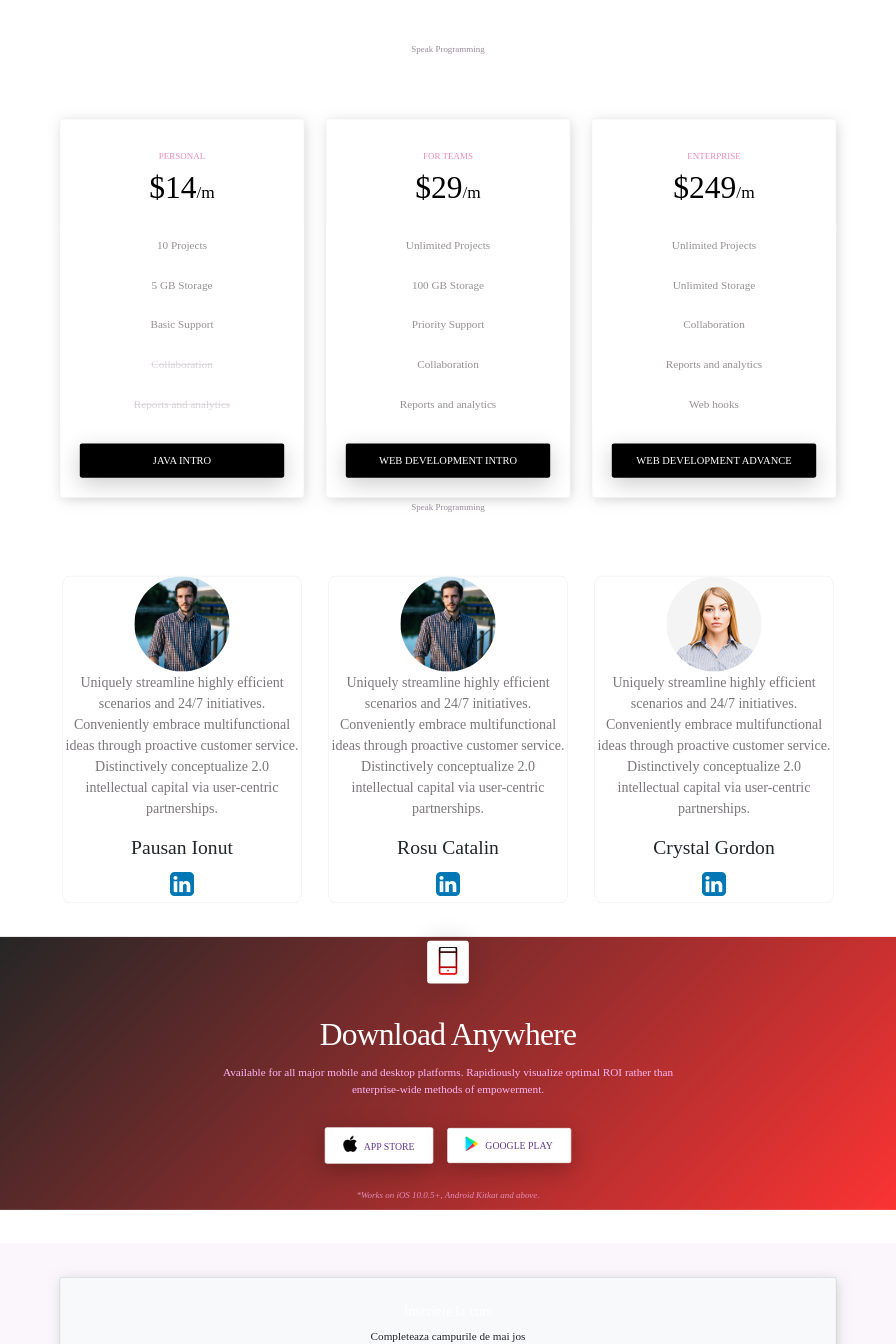
Repository: RosuCatalinDorin/ITSchool
Page: home-page/index.html
These files come from the project's save history. The page is drawn as it stood at one moment and after the next save; the edit follows.
The browser window is 1280 px wide. The pictures show the part of the page from y = 608 to 2528 px (the page is 3488 px tall before and 3556 px after), at 70% of full size.
Some web libraries are served in a nearby version.

Above is the page before, as saved 2019-03-13 17:30:23.

### home-page/index.html
<!doctype html>
<html lang="en">


<head>
    <title>Speak Programming</title>
    <!-- Required meta tags -->
    <meta charset="utf-8">
    <meta name="viewport" content="width=device-width, initial-scale=1, shrink-to-fit=no">
    <meta name="description" content="Mobland - Mobile App Landing Page Template">
    <meta name="keywords" content="HTML5, bootstrap, mobile, app, landing, ios, android, responsive">
    <!-- Font -->

    <link rel="dns-prefetch" href="//fonts.googleapis.com">
     <!-- Bootstrap CSS -->
    <link rel="stylesheet" href="../css/bootstrap.min.css">
    <!-- Themify Icons -->
    <link rel="stylesheet" href="../css/themify-icons.css">
    <!-- Owl carousel -->
    <link rel="stylesheet" href="../css/owl.carousel.min.css">
    <link rel="stylesheet" href="../css/teamStyle.css">
    <link rel="stylesheet" href="../detaliiCurs/css/detalii-curs.css">
    <link rel="stylesheet" href="./home.css">



    <link rel="stylesheet" href="https://maxcdn.bootstrapcdn.com/font-awesome/4.5.0/css/font-awesome.min.css">

    <!-- Main css -->
    <link href="../css/style.css" rel="stylesheet">
    <link rel="shortcut icon" href="../images/partea_de_susLogo.png"/>
    <!-- jQuery and Bootstrap -->
    <script src="../js/jquery-3.2.1.min.js"></script>
    <script src="../js/bootstrap.bundle.min.js"></script>
    <!-- Plugins JS -->
    <script src="../js/owl.carousel.min.js"></script>
    <!-- Custom JS -->
    <script src="../js/script.js"></script>
    <script src="../js/fbLogin.js"></script>

</head>

<body data-spy="scroll" data-target="#navbar" data-offset="30">

    <!-- NAV BAR START-->
    <div class="nav-menu fixed-top">
        <div class="container">
            <div class="row">
                <div class="col-md-12">
                    <nav class="navbar navbar-dark navbar-expand-lg">
                        <a class="navbar-brand" href="index.html"><img src="../images/partea_de_susLogo.png" height="43" width="43" class="img-fluid" alt="logo"></a> <button class="navbar-toggler" type="button" data-toggle="collapse" data-target="#navbar" aria-controls="navbar" aria-expanded="false" aria-label="Toggle navigation"> <span class="navbar-toggler-icon"></span> </button>
                        <div class="collapse navbar-collapse" id="navbar">
                            <ul class="navbar-nav ml-auto">
                                <li class="nav-item"> <a class="nav-link active" href="#home">HOME <span class="sr-only">(current)</span></a> </li>
                                <li class="nav-item"> <a class="nav-link" href="#cursuri">CURSURI</a> </li>
                                <li class="nav-item"> <a class="nav-link" href="#aboutUS">DESPRE NOI</a> </li>
                                <li class="nav-item"> <a class="nav-link" href="#contact">CONTACT</a> </li>
                            </ul>
                        </div>
                    </nav>
                </div>
              </div>
         </div>
    </div>
<!-- NAV BAR END -->
    <!-- START HEADER -->
    <header  id="home">
        <div class="container mt-5">
            <h1 class="textClass"> Mesaj 1 (eu zic moto)</h1>
        </div>
        <div class="img-holder mt-3"><img src="../images/logo_partea_deJos.png" alt="phone" class="img-fluid">
            <p class="textClass">Mesaj 2 De ce am creat asta? O intrebare de genu</p>
        </div>
    </header>

    <!-- END HEADER -->

    <div class="section" id="cursuri">
        <div class="container">
            <div class="section-title">
                <small>Speak Programming</small>
                <h3>Cursuri</h3>
            </div>

            <div class="card-deck">
                <div class="card pricing">
                    <div class="card-head">
                        <small class="text-primary">PERSONAL</small>
                        <span class="price">$14<sub>/m</sub></span>
                    </div>
                    <ul class="list-group list-group-flush">
                        <div class="list-group-item">10 Projects</div>
                        <div class="list-group-item">5 GB Storage</div>
                        <div class="list-group-item">Basic Support</div>
                        <div class="list-group-item"><del>Collaboration</del></div>
                        <div class="list-group-item"><del>Reports and analytics</del></div>
                    </ul>
                    <div class="card-body">
                        <a href="screens/curs.html" class="btn btn-primary btn-lg btn-block">Java intro</a>
                    </div>
                </div>
                <div class="card pricing">
                    <div class="card-head">
                        <small class="text-primary">FOR TEAMS</small>
                        <span class="price">$29<sub>/m</sub></span>
                    </div>
                    <ul class="list-group list-group-flush">
                        <div class="list-group-item">Unlimited Projects</div>
                        <div class="list-group-item">100 GB Storage</div>
                        <div class="list-group-item">Priority Support</div>
                        <div class="list-group-item">Collaboration</div>
                        <div class="list-group-item">Reports and analytics</div>
                    </ul>
                    <div class="card-body">
                        <a href="screens/curs.html" class="btn btn-primary btn-lg btn-block">Web development intro</a>
                    </div>
                </div>
                <div class="card pricing">
                    <div class="card-head">
                        <small class="text-primary">ENTERPRISE</small>
                        <span class="price">$249<sub>/m</sub></span>
                    </div>
                    <ul class="list-group list-group-flush">
                        <div class="list-group-item">Unlimited Projects</div>
                        <div class="list-group-item">Unlimited Storage</div>
                        <div class="list-group-item">Collaboration</div>
                        <div class="list-group-item">Reports and analytics</div>
                        <div class="list-group-item">Web hooks</div>
                    </ul>
                    <div class="card-body">
                        <a href="screens/curs.html" class="btn btn-primary btn-lg btn-block">Web development advance</a>
                    </div>
                </div>
            </div>
            <!-- // end .pricing -->
        </div>

    </div>


        <div class="container   embed-responsive">
            <div class="section-title">
                <small>Speak Programming</small>
                <h3>Trainers</h3>
            </div>
            <div class="contentTem">
                <div class="divNewTeam testimonials-single">
                    <img src="../images/pozaIonutPausan.jpg" class="rounded-circle" alt="Cinque Terre" width="136" height="136">
                    <blockquote class="blockquote">Uniquely streamline highly efficient scenarios and 24/7 initiatives. Conveniently embrace multifunctional ideas through proactive customer service. Distinctively conceptualize 2.0 intellectual capital via user-centric partnerships.</blockquote>
                    <h5 class="mt-4 mb-2">Pausan Ionut</h5>
                    <a href="#" class="btn"> <i class="fa fa-linkedin-square" style="font-size:40px; color:#0077B5"></i>  </a>
                </div>
                <div class="divNewTeam testimonials-single">
                    <img src="../images/pozaIonutPausan.jpg" class="rounded-circle" alt="Cinque Terre" width="136" height="136">
                    <blockquote class="blockquote">Uniquely streamline highly efficient scenarios and 24/7 initiatives. Conveniently embrace multifunctional ideas through proactive customer service. Distinctively conceptualize 2.0 intellectual capital via user-centric partnerships.</blockquote>
                    <h5 class="mt-4 mb-2">Rosu Catalin</h5>
                    <a href="#" class="btn"><i class="fa fa-linkedin-square" style="font-size:40px; color:#0077B5"></i>  </a>
                </div>
                <div class="divNewTeam testimonials-single">
                    <img src="../images/client.png" class="rounded-circle" alt="Cinque Terre" width="136" height="136">
                    <blockquote class="blockquote">Uniquely streamline highly efficient scenarios and 24/7 initiatives. Conveniently embrace multifunctional ideas through proactive customer service. Distinctively conceptualize 2.0 intellectual capital via user-centric partnerships.</blockquote>
                    <h5 class="mt-4 mb-2">Crystal Gordon</h5>
                    <a href="#" class="btn"> <i class="fa fa-linkedin-square" style="font-size:40px; color:#0077B5"></i>  </a>
                </div>
            </div>
        </div>

    <div class="section bg-gradient" id ="aboutUS">
        <div class="container">
            <div class="call-to-action">

                <div class="box-icon"><span class="ti-mobile gradient-fill ti-3x"></span></div>
                <h2>Download Anywhere</h2>
                <p class="tagline">Available for all major mobile and desktop platforms. Rapidiously visualize optimal ROI rather than enterprise-wide methods of empowerment. </p>
                <div class="my-4">
                    <a href="#" class="btn btn-light"><img src="../images/appleicon.png" alt="icon"> App Store</a>
                    <a href="#" class="btn btn-light"><img src="../images/playicon.png" alt="icon"> Google play</a>
                </div>
                <p class="text-primary"><small><i>*Works on iOS 10.0.5+, Android Kitkat and above. </i></small></p>
            </div>
        </div>

    </div>
    <!-- // end .section -->

    <div class="light-bg py-5" id="contact">
        <div class="container">
            <div class="card bg-light">
                <article class="card-body mx-auto" style="max-width: 400px;">
                    <h4 class="card-title mt-3 text-center">Inscriete la curs </h4>
                    <p class="text-center">Completeaza campurile de mai jos </p>
                    <p class="divider-text">
                        <span class="bg-light">OR</span>
                    </p>
                    <form>
                        <div class="form-group input-group">
                            <div class="input-group-prepend">
                                <span class="input-group-text"> </span>
                            </div>
                            <input name="" class="form-control" placeholder="Nume complet" type="text">
                        </div> <!-- form-group// -->
                        <div class="form-group input-group">
                            <div class="input-group-prepend">
                                <span class="input-group-text"></span>
                            </div>
                            <input name="" class="form-control" placeholder="Adresa de e-mail" type="email">
                        </div> <!-- form-group// -->
                        <div class="form-group input-group">
                            <div class="input-group-prepend">
                                <span class="input-group-text">  </span>
                            </div>
                            <select class="custom-select" style="max-width: 120px;">
                                <option selected="">+40</option>
                                <option value="1">+972</option>
                                <option value="2">+198</option>
                                <option value="3">+701</option>
                            </select>
                            <input name="" class="form-control" placeholder="Numar de telefon" type="text">
                        </div> <!-- form-group// -->
                        <div class="form-group input-group">
                            <div class="input-group-prepend">
                                <span class="input-group-text"></span>
                            </div>
                            <select class="form-control">
                                <option selected=""> Selecteaza cursul</option>
                                <option>HTML5, CSS, JAVA-SCRIPT</option>
                                <option>MySQL,PHP</option>
                            </select>

                        </div> <!-- form-group end.// -->
                        <div class="form-group input-group">
                            <div class="input-group-prepend">
                                <span class="input-group-text">  </span>
                            </div>
                            <textarea  class="form-control"  rows="4" cols="50"></textarea>
                        </div> <!-- form-group// -->
                        <div class="form-group">
                            <button type="submit" class="btn btn-primary btn-block"> TestFAcebook  </button>
                        </div> <!-- form-group// -->
                    </form>
                </article>
            </div> <!-- card.// -->

        </div>

    </div>
    <!-- // end .section -->

    <!-- START FOOTER -->
    <footer class="footer">
            <div class="footer-container">
                <div class="footer-row">
                    <div class="social-media">
                        <h1>Contacteaza-ne pe:</h1>
                        <p class="social-media-paragraph">Speak programming:
                            <span>contact@speakprogramming.ro</span>
                        </p>
                        <p class="social-media-paragraph">Facebook:
                            <span>contact@speakprogramming.ro</span>
                        </p>
                        <div class="social-media-icons">

                        </div>
                        <p>Adresa</p>
                    </div>

                    <div class="contact-form">
                        <h1>Email us:</h1>
                        <label for="email">Email</label>
                        <input type="text" name="email" value="" class="form-control input-lg input-space" placeholder="Your Email"/>

                        <label for="mesaj">Scrie-ne un mesaj</label>
                        <textarea type="text" name="mesaj" value="" class="input-space form-control input-lg" placeholder="Mesaj..."/></textarea>
                        <button class="btn submit-button-footer">Submit</button>
                    </div>
                </div>


                <p class="copyright-message text-center"><small>COPYRIGHT © 2017. ALL RIGHTS RESERVED BY <a href="">SPEAK PROGRAMMING</a></small></p>
                <!-- <small class="copyright-message text-center footer-links">
                    <a href="#" class="m-2"></a>
                    <a href="#" class="m-2"></a>
                    <a href="#" class="m-2"></a>
                </small> -->
            </div>
        </footer>
</body>

</html>

### css/teamStyle.css
.divNewTeam{
    border: 1px solid #f1eef1;
    width: 30%;
    border-radius: 3%;
}
.contentTem{
    display: flex;
}
@media only screen and (max-width: 600px){
    .contentTem{
        display: block;
        margin-top: 50px;
    }
}

### home-page/home.css
.card{
    -webkit-box-shadow: 2px 3px 18px -2px rgba(186,186,186,0.68);
    -moz-box-shadow: 2px 3px 18px -2px rgba(186,186,186,0.68);
    box-shadow: 2px 3px 18px -2px rgba(186,186,186,0.68);
}

Loaded but not shown: css/bootstrap.min.css (library); css/themify-icons.css (common file); css/owl.carousel.min.css (library); js/jquery-3.2.1.min.js (library); js/bootstrap.bundle.min.js (library); js/owl.carousel.min.js (library); js/script.js (112 lines, source omitted); js/fbLogin.js (68 lines, source omitted); css/style.css (702 lines, source omitted); detaliiCurs/css/detalii-curs.css (451 lines, source omitted)

After the next save:
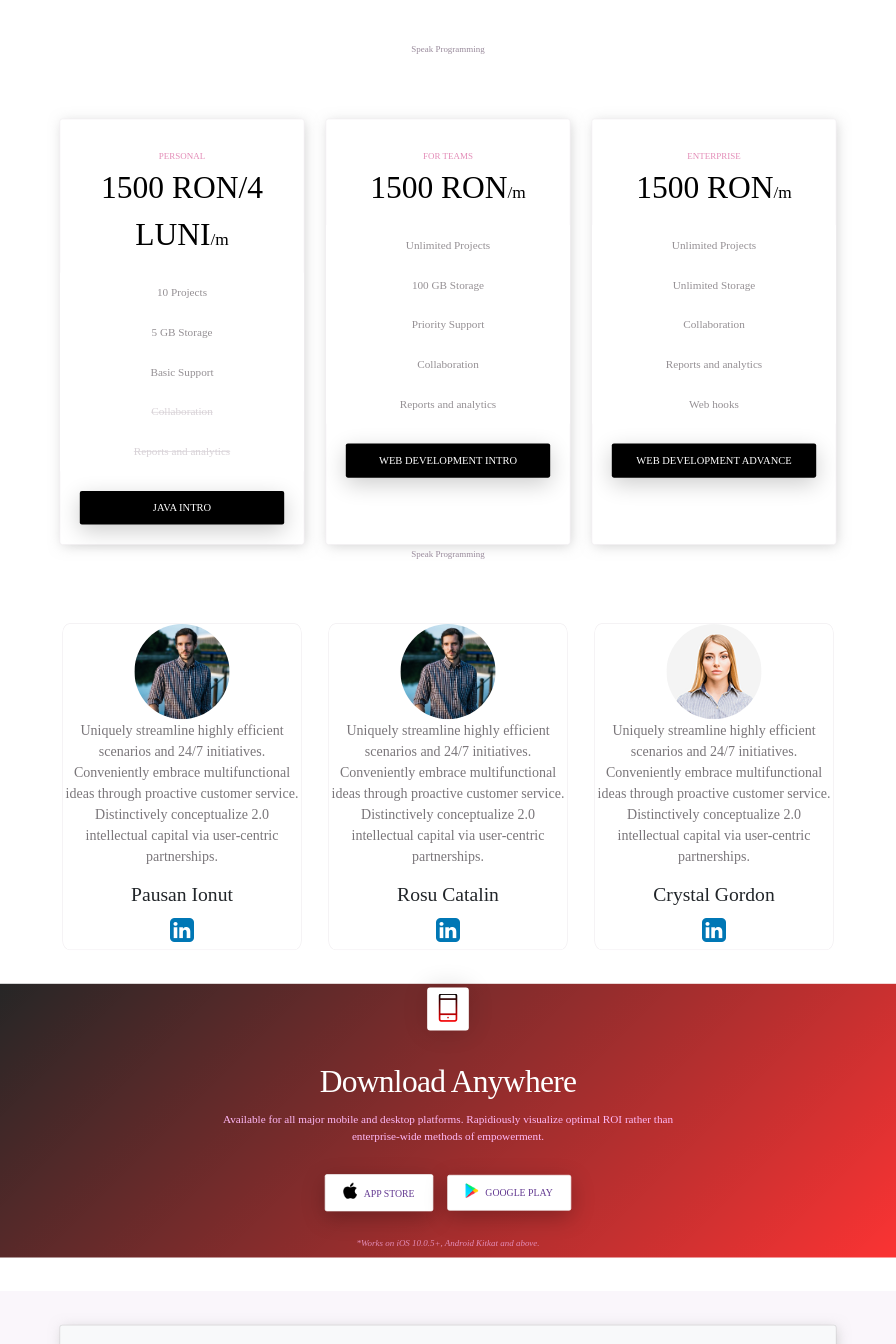
Saved 60 s later.
--- a/home-page/index.html
+++ b/home-page/index.html
@@ -86,7 +86,7 @@
                 <div class="card pricing">
                     <div class="card-head">
                         <small class="text-primary">PERSONAL</small>
-                        <span class="price">$14<sub>/m</sub></span>
+                        <span class="price">1500 RON/4 LUNI<sub>/m</sub></span>
                     </div>
                     <ul class="list-group list-group-flush">
                         <div class="list-group-item">10 Projects</div>
@@ -102,7 +102,7 @@
                 <div class="card pricing">
                     <div class="card-head">
                         <small class="text-primary">FOR TEAMS</small>
-                        <span class="price">$29<sub>/m</sub></span>
+                        <span class="price">1500 RON<sub>/m</sub></span>
                     </div>
                     <ul class="list-group list-group-flush">
                         <div class="list-group-item">Unlimited Projects</div>
@@ -118,7 +118,7 @@
                 <div class="card pricing">
                     <div class="card-head">
                         <small class="text-primary">ENTERPRISE</small>
-                        <span class="price">$249<sub>/m</sub></span>
+                        <span class="price">1500 RON<sub>/m</sub></span>
                     </div>
                     <ul class="list-group list-group-flush">
                         <div class="list-group-item">Unlimited Projects</div>

After the save that followed:
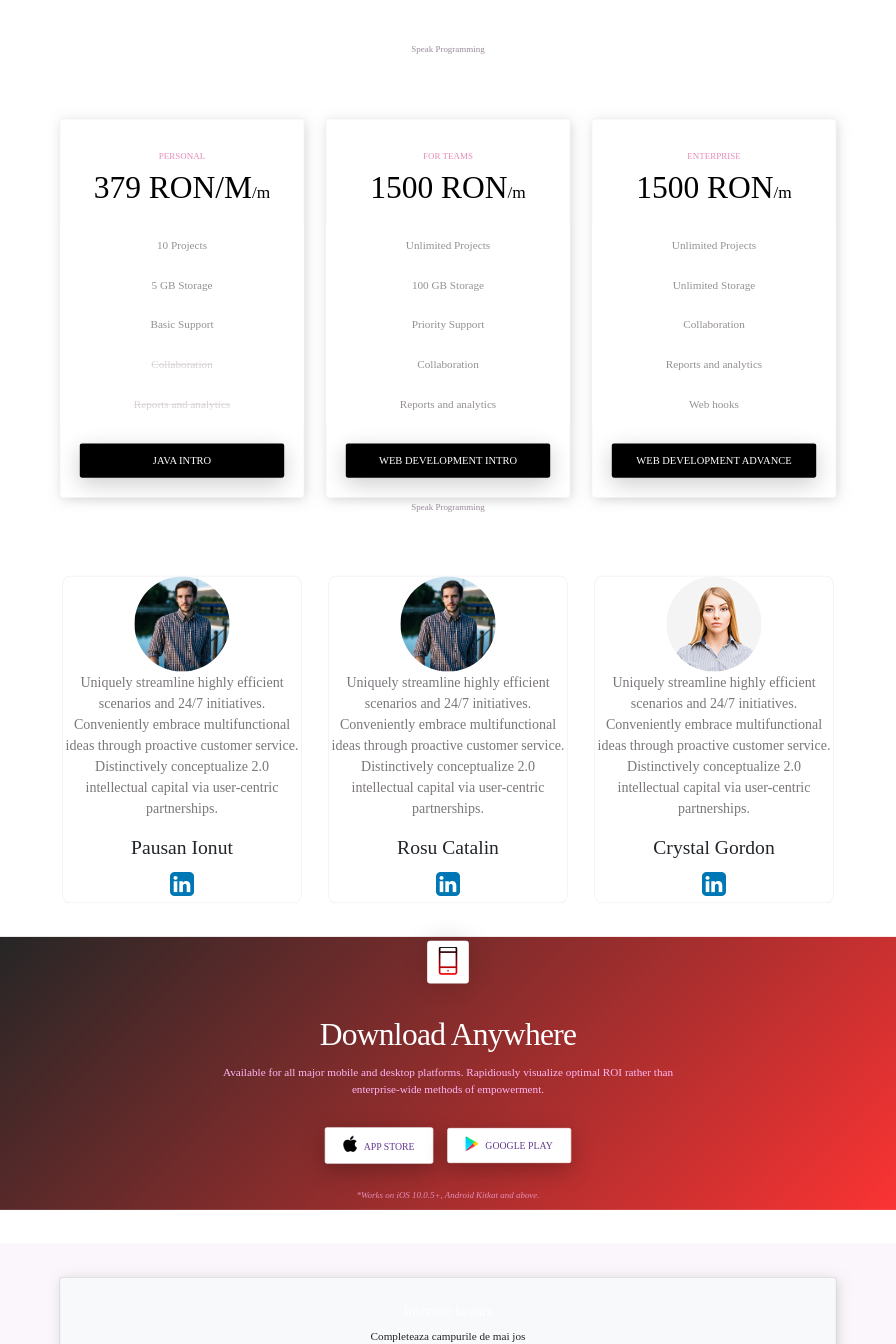
Saved 23 s later.
--- a/home-page/index.html
+++ b/home-page/index.html
@@ -86,7 +86,7 @@
                 <div class="card pricing">
                     <div class="card-head">
                         <small class="text-primary">PERSONAL</small>
-                        <span class="price">1500 RON/4 LUNI<sub>/m</sub></span>
+                        <span class="price">379 RON/M<sub>/m</sub></span>
                     </div>
                     <ul class="list-group list-group-flush">
                         <div class="list-group-item">10 Projects</div>
